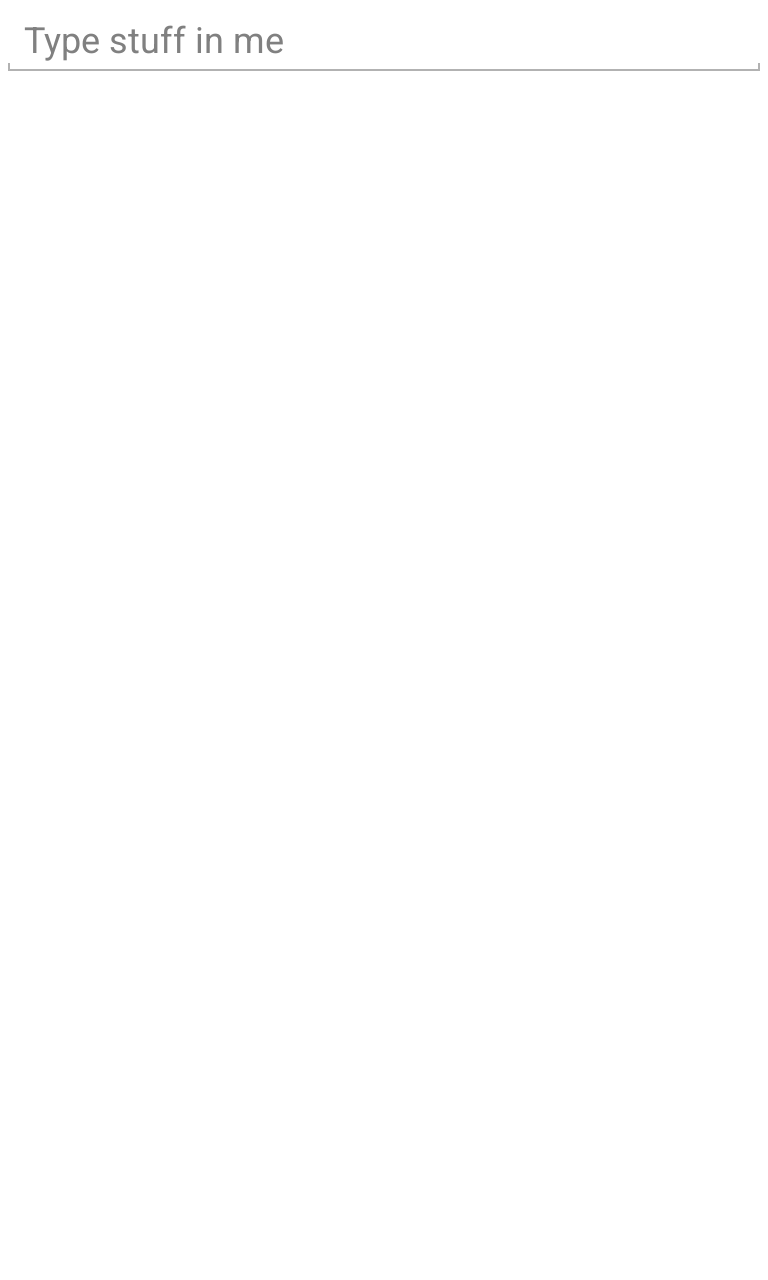
Repository: johnnyfiveRA/Java-other
Layout: Restart/res/layout/activity_main.xml
The author's editor kept a copy of each file at every save. The layout is drawn from the files as they stood at one save, then again after the next save.
It is drawn on a 768 x 1280 px phone screen (xhdpi) without system bars, with theme AppTheme; the app's code is not run.

Above is the layout before, as saved 2013-11-16 05:37:14.

After the next save:
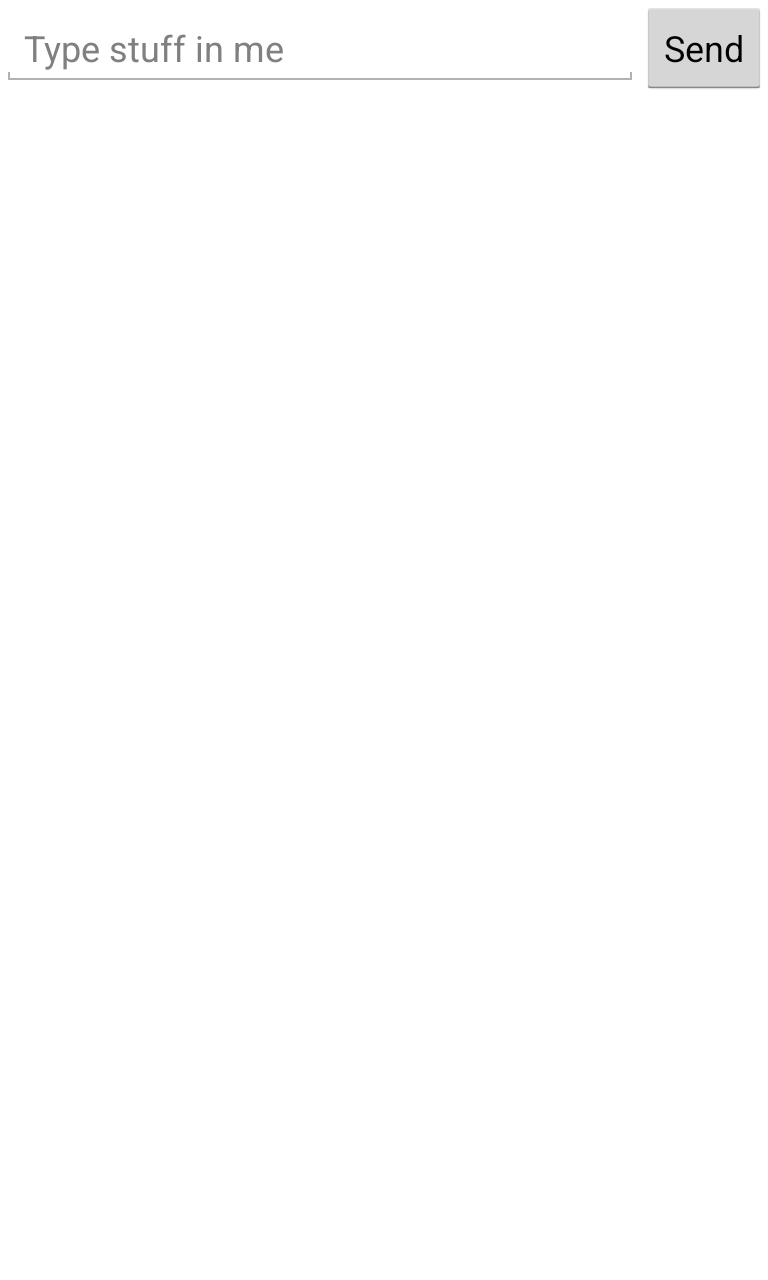
Saved 95 s later.
--- a/Restart/res/layout/activity_main.xml
+++ b/Restart/res/layout/activity_main.xml
@@ -12,5 +12,11 @@
         android:hint="@string/edit_message"
         />
 
+    <Button
+        android:layout_width="wrap_content"
+        android:layout_height="wrap_content"
+        android:text="@string/button_send"
+        android:onClick="sendMessage"
+        ></Button>
 
 </LinearLayout>
